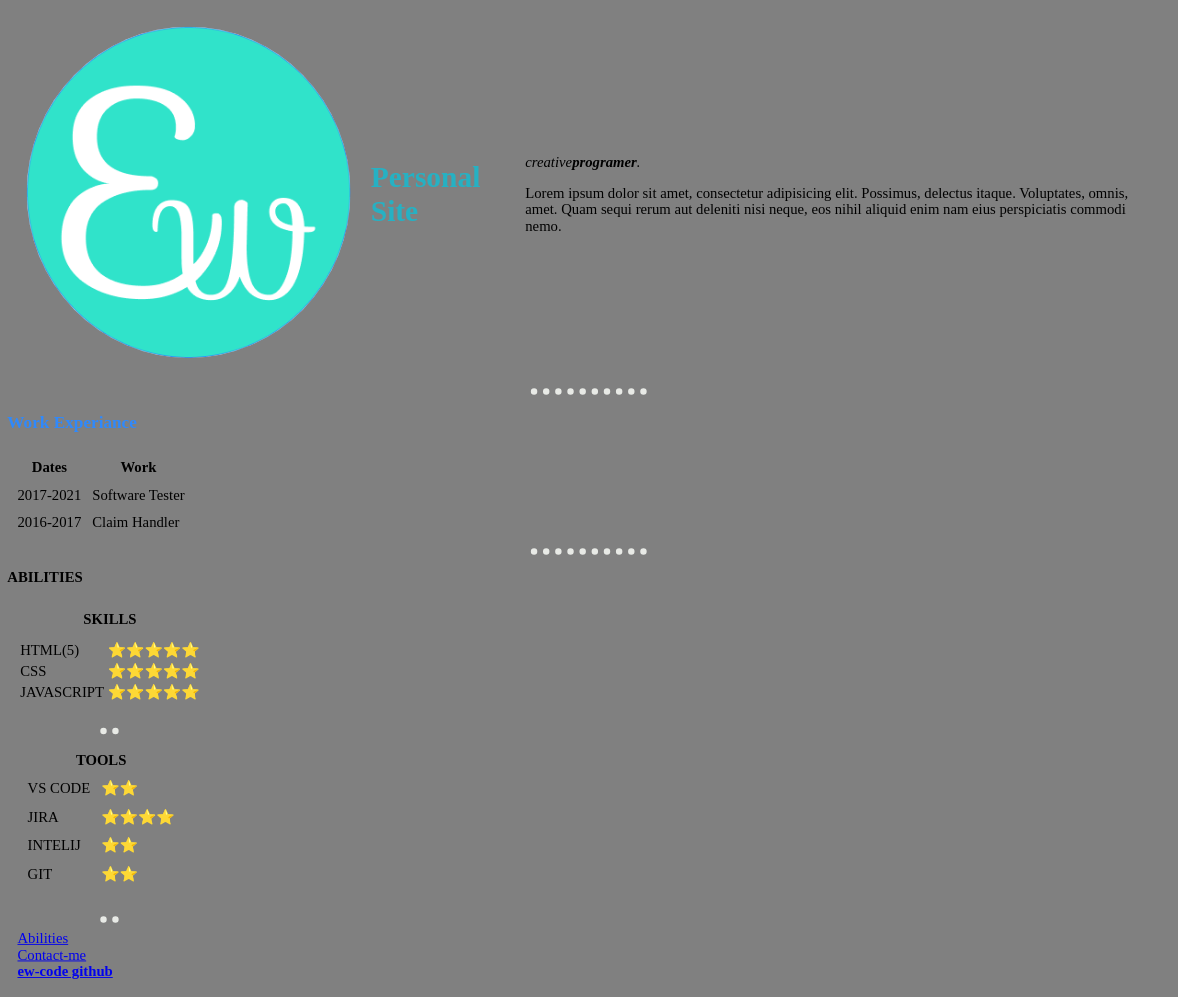
Repository: ew-code/Web-Development
Page: HTML - Personal Site/index.html
The author's editor kept a copy of each file at every save. The page is drawn from the files as they stood at one save, then again after a run of saves.
The browser window is 1280 px wide. The pictures show the whole page, at 92% of full size.

Above is the page before, as saved 2021-01-08 19:56:45.

### HTML - Personal Site/index.html
<!DOCTYPE html>
<html lang="en" dir="ltr">

<head>
  <meta charset="utf-8"> <!-- dopracować meta description dla silników wyszukiwarek-->
  <title>Personal Site</title>
  <link rel="stylesheet" href="css/styles.css">
</head>

<body>
  <table cellspacing="20">
    <tr>
      <td><img src="images/Frame 1.png" alt="dot" class="circular"></td>
      <td>
        <h1>Personal Site</h1>
      </td>
      <td>
        <p><em>creative<strong>programer</strong>.</em></p>
        <p>Lorem ipsum dolor sit amet, consectetur adipisicing elit. Possimus, delectus itaque. Voluptates, omnis, amet.
          Quam sequi rerum aut deleniti nisi neque, eos nihil aliquid enim nam eius perspiciatis commodi nemo.</p>
      </td>
    </tr>
  </table>

  <hr>

  <h3>Work Experiance</h3>
  <table cellspacing="10">
    <thead>
      <tr>
        <th>Dates</th>
        <th>Work</th>
      </tr>
    </thead>
    <tbody>
      <tr>
        <td>2017-2021</td>
        <td>Software Tester</td>
      </tr>
    </tbody>
    <tbody>
      <tr>
        <td>2016-2017</td>
        <td>Claim Handler</td>
      </tr>
    </tbody>
  </table>

  <hr>

    <p><strong>ABILITIES</strong></p>

  <table cellspacing="10">
    <thead>
      <tr>
        <th colspan="2">SKILLS</th>
      </tr>
    </thead>
    <tr>
      <td>
        <table>
          <tr>
            <td>HTML(5)</td>
            <td>⭐⭐⭐⭐⭐</td>
          </tr>
          <tr>
            <td>CSS</td>
            <td>⭐⭐⭐⭐⭐</td>
          </tr>
          <tr>
            <td>JAVASCRIPT</td>
            <td>⭐⭐⭐⭐⭐</td>
          </tr>
        </table>

        <br>

      <hr>

        <table cellspacing="10">
          <thead>
            <tr>
              <th colspan="2">TOOLS</th>
            </tr>
          </thead>
          <tbody>
            <tr>
              <td>VS CODE</td>
              <td>⭐⭐</td>
            </tr>
            <tr>
              <td>JIRA</td>
              <td>⭐⭐⭐⭐</td>
            </tr>
            <tr>
              <td>INTELIJ</td>
              <td>⭐⭐</td>
            </tr>
            <tr>
              <td>GIT</td>
              <td>⭐⭐</td>
            </tr>
          </tbody>
        </table>
  <br>

  <hr>

  <a href="abilities.html">Abilities</a>
  <br>
  <a href="contact.html">Contact-me</a>
  <br>
  <strong><a href="https://github.com/ew-code">ew-code github</a></strong>
</body>

</html>

### HTML - Personal Site/css/styles.css
  body {
      background-color: grey;
  }

h1 {
    color: #26B1C3;
}

h3 {
    color: #2F89FC;
}
  hr {
      border-style: none;
      border-top-style: dotted;
      border-color: #e8eae6;
      border-width: 7px;
      width: 10%;
  }

.circular {
    border-radius: 100%;
}

After the next 2 saves:
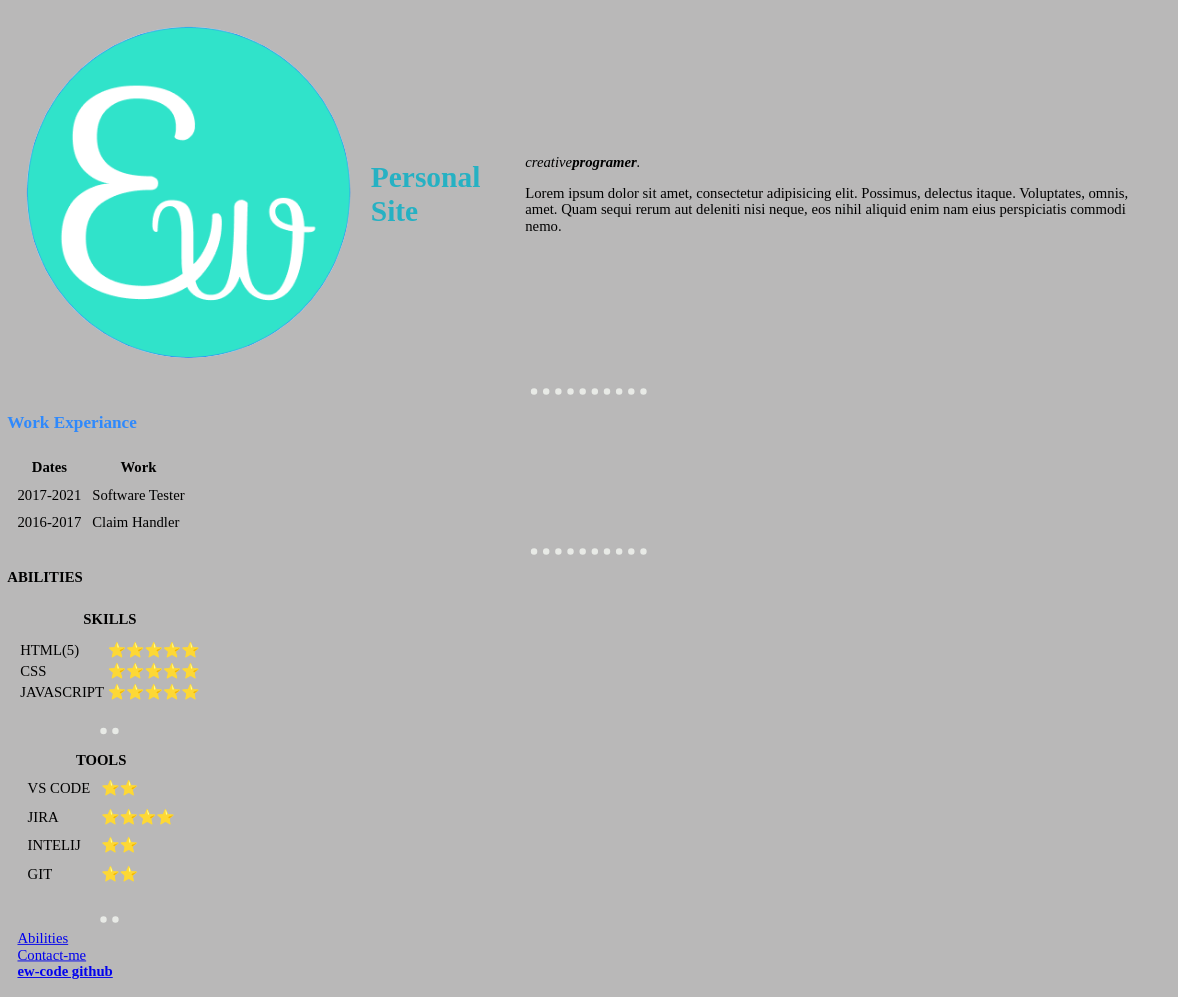
The 2 saves are shown as one change because they came seconds apart.
The last was saved 27 s later.
--- a/HTML - Personal Site/css/styles.css
+++ b/HTML - Personal Site/css/styles.css
@@ -1,5 +1,5 @@
   body {
-      background-color: grey;
+      background-color: rgba(70, 69, 69, 0.377);
   }
 
 h1 {
